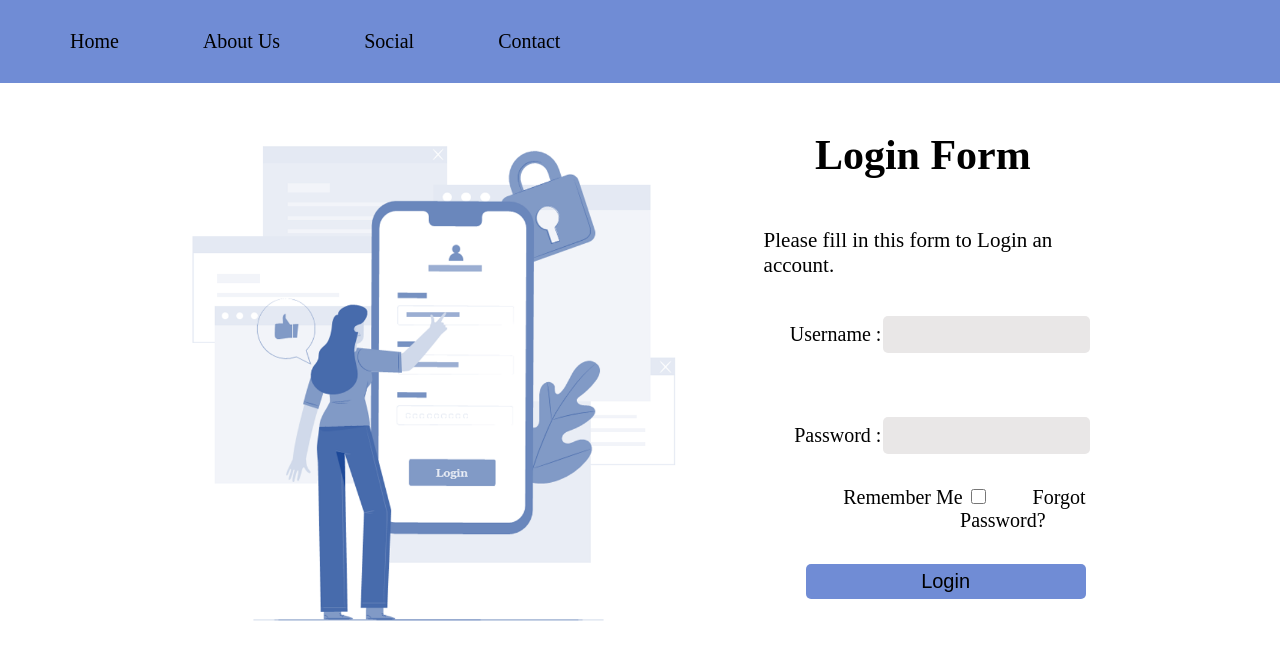
Repository: armanali13000/JAVA_CRUD
Page: http://localhost/CRUD_APP/Login.jsp
An editor plug-in stored every save of this project. The page is shown before and after the next save, followed by the edit.
The browser window is 1280 px wide. The pictures show the whole page.
The page is served by Tomcat 9.

Above is the page before, as saved 2023-03-04 14:47:57.

### CRUD_APP/src/main/webapp/Login.jsp
<%@ page language="java" contentType="text/html; charset=ISO-8859-1"
    pageEncoding="ISO-8859-1"%>
<!DOCTYPE html>
<html>
<head>
<meta charset="ISO-8859-1">
<title>Login</title>

<style>

	body
        {
            padding: 0px;
            margin: 0px;
        }
        .navbar
        {
            background: #708CD5;
            padding: 30px;
            position: sticky;
            top: 0px;

        }
        a
        {
            color: black;
            text-decoration: none;
            padding: 20px;
            margin: 20px;
            font-size: 20px;
        }
        .header {
            width: 100%;
            display: flex;
            flex-direction: column;
            align-items: center;
            font-size: 21px;
        }

        .parent {
            display: grid;
            grid-template-columns: 65% 35%;
            width: 80%;
            margin: 78px;
            margin-top: auto;
            align-items: center;
        }

        .imgTable {
            width: 80%;
            margin-left: 80px;
            margin-top: 50px;
        }

        table.formtable {
            width: 100%;
        }

        .tableDiv {
            /* border: 8px solid #708CD5; */
            padding: 20px;
        }

        td {
            padding: 15px 0px 15px 0px;
            text-align: right;

        }
		.imgDiv
		{

		}
        input {
            width: 100%;
            height: 35px;
            border: none;
            background: #e9e7e7;
            /* border-bottom: 1px solid black; */
            border-radius: 5px;
        }
        .button
        {
            width: 280px;
            margin-left: 40px;
            font-size: 20px;
            background-color: #708CD5;
        }
        .checkbox
        {
        	height: 15px;
        	width: 15px;
        }
        label
        {
        	font-size: 20px;

        }
        #l_button
        {
        	text-align: center;
        }



        @media screen and (max-width:1100px){
            .parent {
            display: block;
        }
        }

</style>


</head>
<body>

	<div class="navbar">

        <a href="#">Home</a>
        <a href="#">About Us</a>
        <a href="#">Social</a>
        <a href="#">Contact</a>

    </div>


    <div class="parent">
        <div class="imgDiv">
             <img class="imgTable" alt="image" src="images/LoginImage.png">
        </div>

        <div class="tableDiv">
            <div class="header">
                <h1>Login Form</h1>
                <p>Please fill in this form to Login an account.</p>
            </div>
            <form class="registration" action="Register" method="post">
                <table class="formtable" >
                    <tbody class="tableborder">
                        <tr>
                            <td><label>Username :</label></td>
                            <td><input id="input" type="text"></input></td>
                        </tr>
                        <tr>
                            <td></td>
                            <td></td>
                        </tr>
                        <tr>
                            <td><label>Password :</label></td>
                            <td><input id="input" type="password"></input></td>
                        </tr>
                        <tr>
                        	<td colspan="2">
                        		<label>Remember Me</label>
	                            <input class="checkbox" id="input" type="checkbox"></input>
	                            <a class="forgot" href="#">Forgot Password?</a>
                            </td>

                        </tr>
                        <tr>

                            <td colspan="2" id="l_button"><input class="button" type="submit" value="Login"></input></td>
                        </tr>
                    </tbody>
                </table>
            </form>
        </div>
    </div>

</body>
</html>

After the next save:
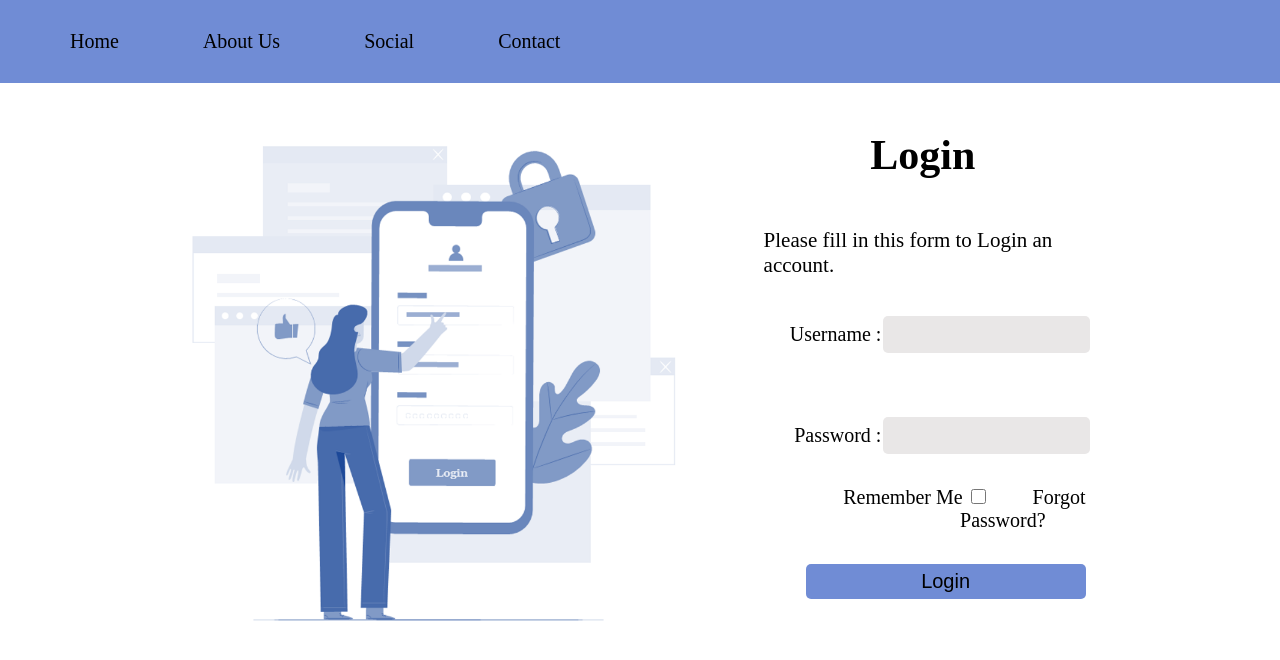
Saved 2 min 0 s later.
--- a/CRUD_APP/src/main/webapp/Login.jsp
+++ b/CRUD_APP/src/main/webapp/Login.jsp
@@ -131,7 +131,7 @@
 
         <div class="tableDiv">
             <div class="header">
-                <h1>Login Form</h1>
+                <h1>Login</h1>
                 <p>Please fill in this form to Login an account.</p>
             </div>
             <form class="registration" action="Register" method="post">
